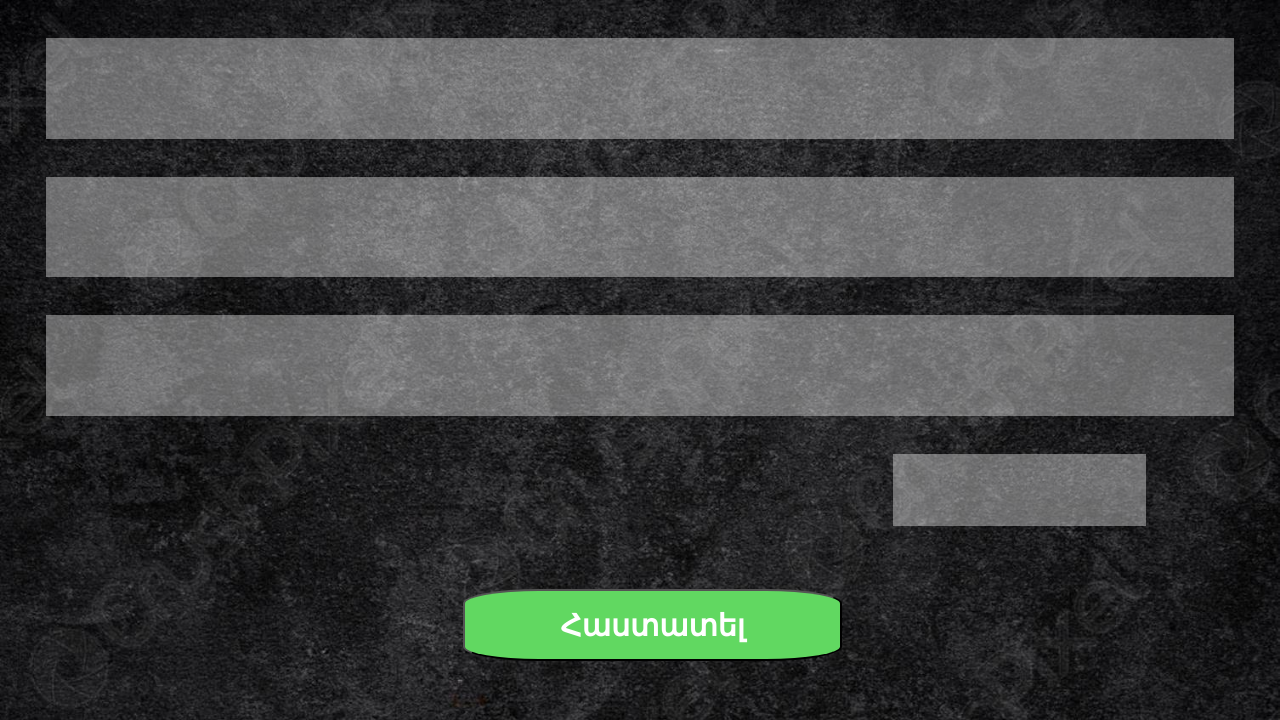
Repository: NarekTovmasyan/PizzaManue
Page: public/basket.html
An editor plug-in stored every save of this project. The page is shown before and after the next save, followed by the edit.
The browser window is 1280 px wide. The pictures show the whole page.

Above is the page before, as saved 2022-01-20 13:55:46.

After the next save:
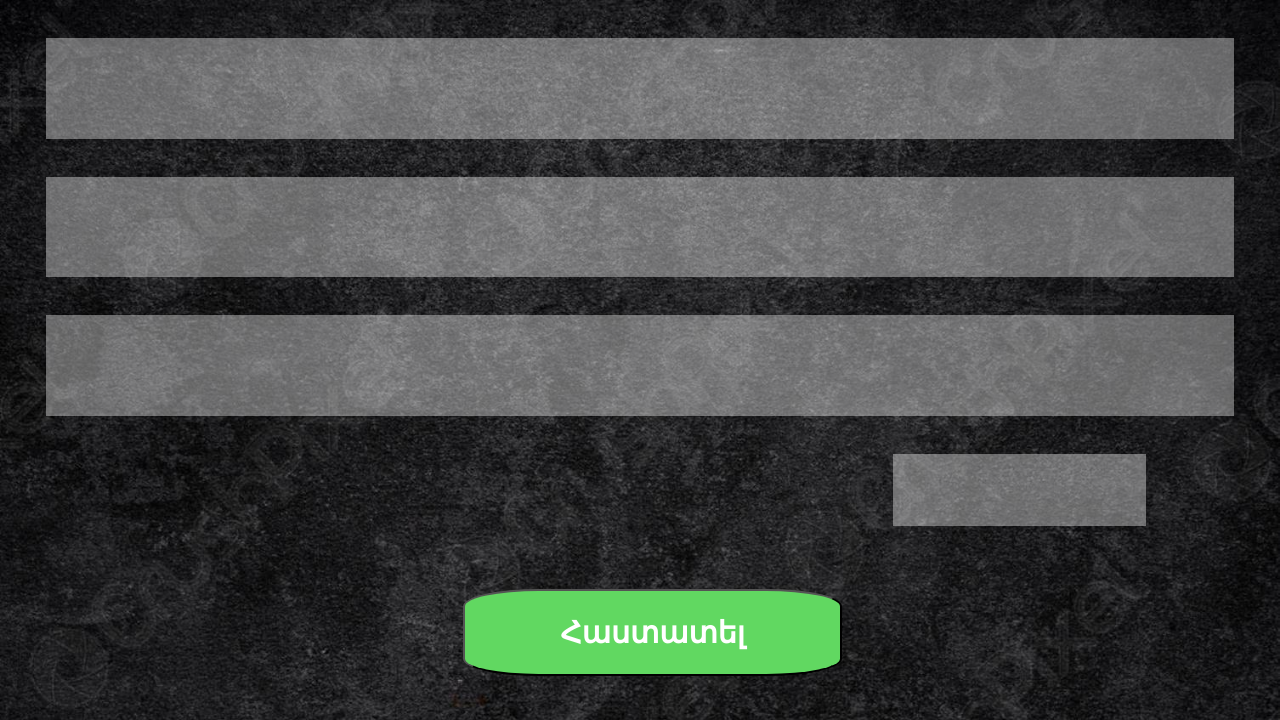
Saved 25 s later.
--- a/public/basket.css
+++ b/public/basket.css
@@ -25,7 +25,7 @@
 
 .confirm{
     background-color:rgb(97, 216, 97);
-    height: 10vh;
+    height: 12vh;
     width: 30%;
     border-radius:20%;
     text-align:center;

After the save that followed:
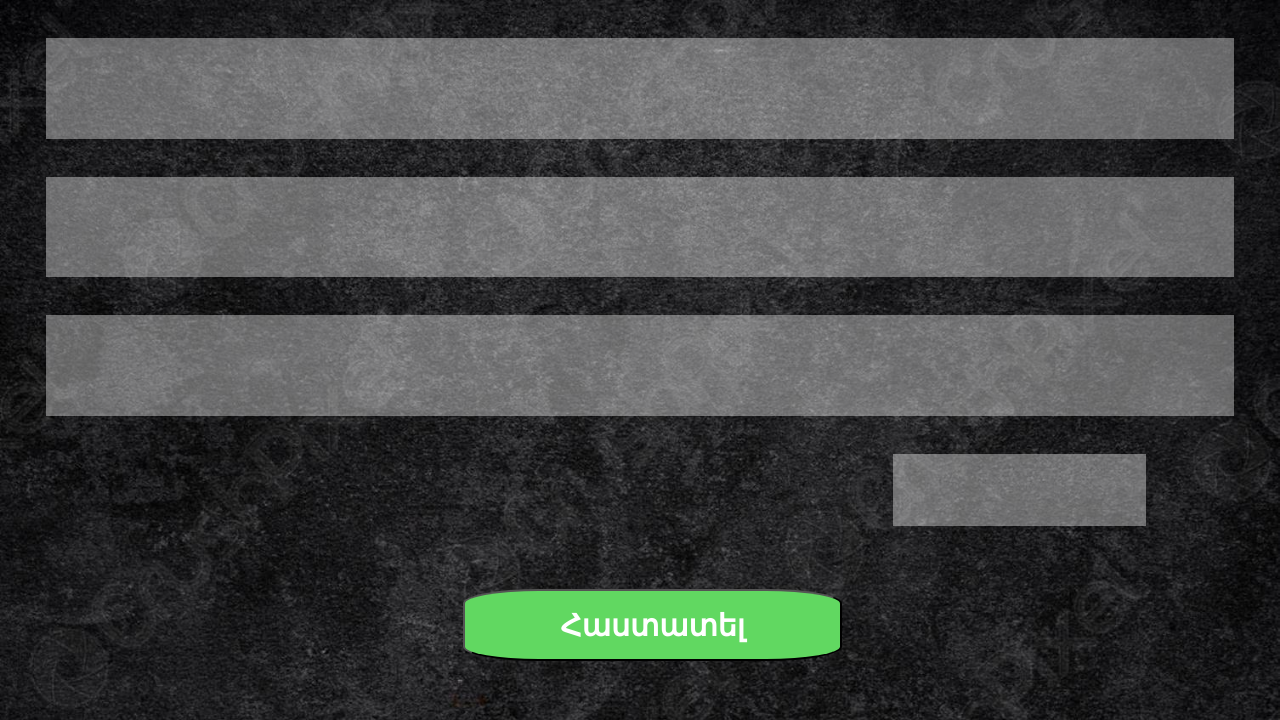
Saved 21 s later.
--- a/public/basket.css
+++ b/public/basket.css
@@ -25,7 +25,7 @@
 
 .confirm{
     background-color:rgb(97, 216, 97);
-    height: 12vh;
+    height: 10vh;
     width: 30%;
     border-radius:20%;
     text-align:center;
